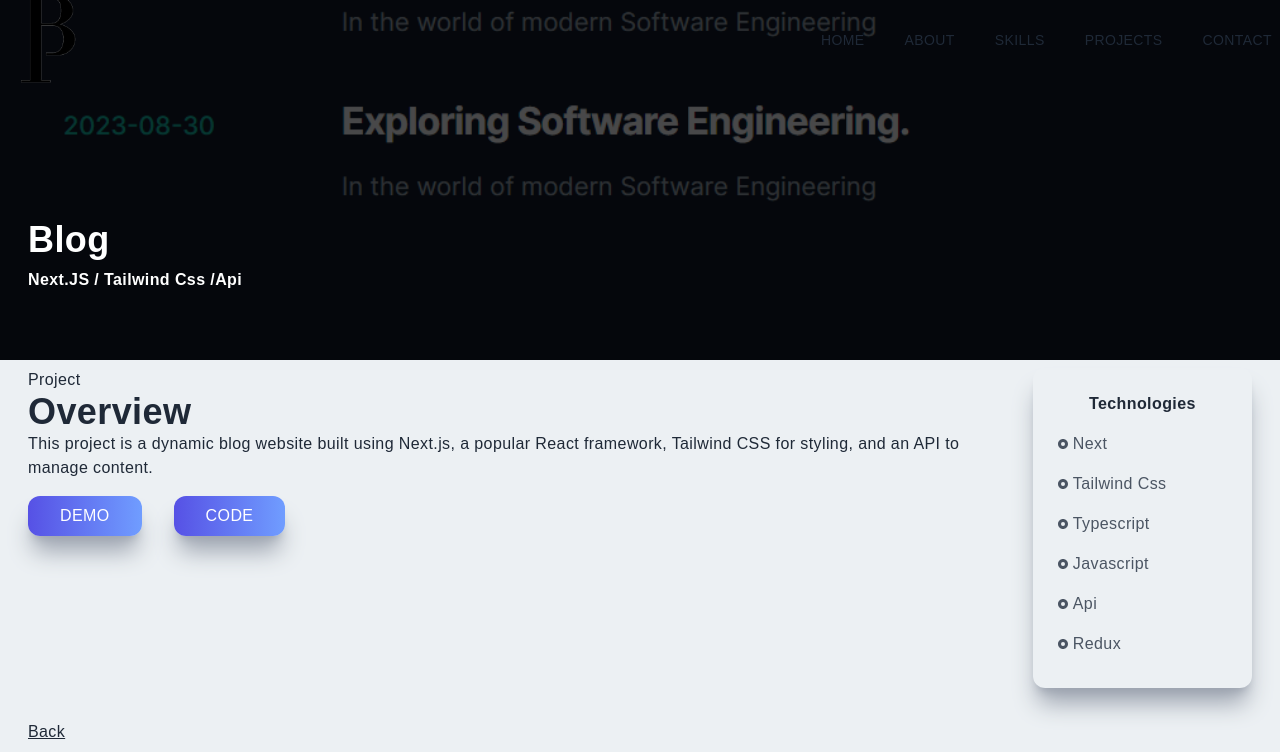
Repository: bittu-Patel/portfolio-resume-next-js
Page: /fullstack
The author's editor kept a copy of each file at every save. The page is drawn from the files as they stood at one save, then again after a run of saves.
The browser window is 1280 px wide. The pictures show the whole page.
The project was rebuilt for these pictures with package versions that can differ from the ones it lists, and the page was loaded fresh each time. The framework's server and built-in components were replaced by stand-ins that run in the browser. Also part of the build but not shown: next.config.js.

Above is the page before, as saved 2023-09-26 13:36:09.

After the next 12 saves:
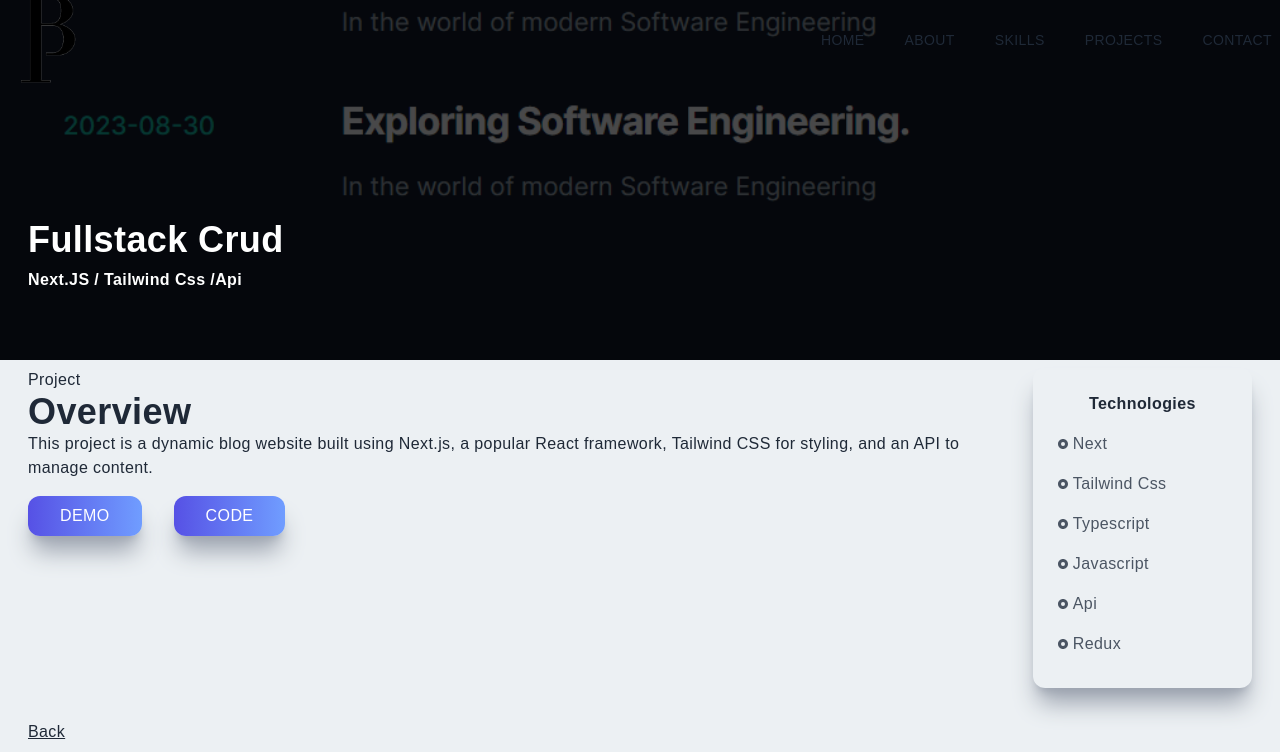
The 12 saves are shown as one change because 5 did not build or start and some came seconds apart.
The last was saved 80 s later.
--- a/pages/fullstack.jsx
+++ b/pages/fullstack.jsx
@@ -4,7 +4,7 @@ import Image from 'next/image'
 import { RiRadioButtonFill } from 'react-icons/ri'
 import Link from 'next/link'
 
-const blog = () => {
+const fullstack = () => {
   return (
     <div className='w-full'>
       <div className='w-screen h-[50vh] relative'>
@@ -17,7 +17,7 @@ const blog = () => {
           alt='/'
         />
   <div className='absolute top-[70%] max-w-[1240px] w-full left-[50%] right-[50%] translate-x-[-50%] translate-y-[-50%] text-white z-10 p-2'>
-    <h2 className='py-2'>Blog</h2>
+    <h2 className='py-2'>Fullstack Crud</h2>
     <h3>Next.JS / Tailwind Css /Api </h3>
   </div>
 </div>
@@ -51,4 +51,4 @@ const blog = () => {
   )
 }
 
-export default blog
+export default fullstack
